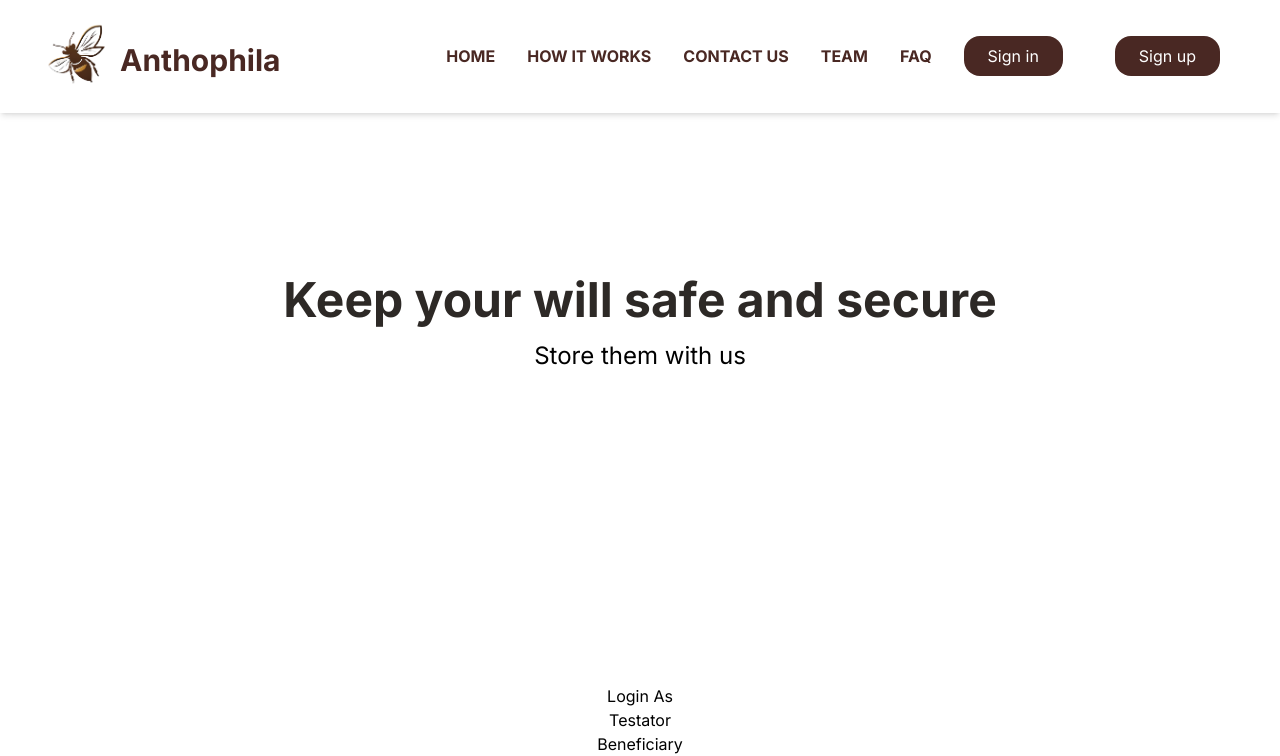
Repository: marcusdashe/anthophila
Page: /
The author's editor kept a copy of each file at every save. The page is drawn from the files as they stood at one save, then again after the next save.
The browser window is 1280 px wide. The pictures show the whole page.
The project was rebuilt for these pictures with package versions that can differ from the ones it lists, and the page was loaded fresh each time. The framework's server and built-in components were replaced by stand-ins that run in the browser. Also part of the build but not shown: next.config.js, styles/Home.module.css.

Above is the page before, as saved 2023-02-26 17:46:58.

### pages/_document.js
import { Html, Head, Main, NextScript } from 'next/document'

export default function Document() {
  return (
    <Html lang="en">
      <Head>
        <link rel="preconnect" href="https://fonts.googleapis.com" />
        <link rel="preconnect" href="https://fonts.gstatic.com" crossOrigin />
        <link href="https://fonts.googleapis.com/css2?family=Inter:wght@100;200;300;400;500;600&display=swap" rel="stylesheet" />
      </Head>
      <body>
        <Main />
        <NextScript />
      </body>
    </Html>
  )
}

### pages/index.js
import Head from 'next/head'
import Image from 'next/image'
import { Inter } from '@next/font/google'
import styles from '@/styles/Home.module.css'
import { Nav } from '@/components/Nav'
import Hero from '@/components/Hero'

const inter = Inter({ subsets: ['latin'] })

export default function Home() {
  return (
    <>
      <Head>
        <title>Anthophilia</title>
        <meta name="description" content="decentralized platform for storing will" />
        <meta name="viewport" content="width=device-width, initial-scale=1" />
        <link rel="icon" href="/favicon.ico" />
      </Head>
      <Nav />

      {/* <main className="w-full h-screen bg-cover bg-no-repeat bg-center bg-fixed" style={{backgroundImage: "url('/assets/bg-vintage.png')"}}> */}
      <main className="w-full h-screen">
      <Hero />

      </main>
    </>
  )
}

### styles/globals.css
@tailwind base;
@tailwind components;
@tailwind utilities;


@layer base {
    html {

      font-family: 'Inter', sans-serif;
    }
  }

### components/Nav.jsx
import React, { useState } from 'react'
import Button from './Button'
import MenuIcon from '@mui/icons-material/Menu';
import CloseIcon from '@mui/icons-material/Close';

export const Nav = () => {
  let Links = [
    { name: "HOME", link: "/"},
    { name: "HOW IT WORKS", link: "/hiw"},
    { name: "CONTACT US", link: "/contact"},
    { name: "TEAM", link: "/team"},
    { name: "FAQ", link: "/faq"},
  ]
  let [open, setOpen] = useState(false)

  return (
    <div className='shadow-md w-full fixed top-0 left-0'>
        <div className='md:flex items-center justify-between bg-white py-4 md:px-10 px-7'>
            <div className='font-bold text-2xl cursor-pointer flex items-center text-gray-80'>
            <img src="/assets/logo.png" alt="logo" className="object-scale-down h-50 w-20" />
                <span className='text-3xl text-[#492823] mr-1 pt-2'>
                    Anthophila
                </span>
            </div>
            <div onClick={()=> setOpen(!open)} className='text-3xl absolute right-8 top-6 cursor-pointer md:hidden '>
              {open ? <CloseIcon fontSize='large'/> : <MenuIcon fontSize='large'/>}

            </div>
            <ul className={`md:flex md:items-center md:pb-0 pb-12 absolute md:static bg-white md:z-auto z-[-1] left-0 w-full md:w-auto md:pl-0 pl-9 transition-all duration-500 ease-in ${open ? 'top-20 opacity-100' : 'top-[-490px]'} md:opacity-100 opacity-0`}>
              { Links.map((link, idx) => (
                <li key={link.name} className='md:ml-8 text-md font-bold md:my-0 my-7'>
                    <a href={link.link} key={idx} className="text-[#492823] hover:text-[#F5F1F3] duration-500">{link.name}</a>
                </li>
              ))}
              <Button>Sign in</Button>
              <Button>Sign up</Button>
            </ul>
        </div>
    </div>
  )
}

### components/Hero.jsx
import React from 'react'

const Hero = () => {
  return (
        <div className='h-screen flex justify-center items-center flex-col'>

            <header className="border-65 border-solid border-sky">
            <div className="max-w-7xl mx-auto px-4 sm:px-6 lg:px-8 flex flex-col items-center justify-center h-screen">
                <h1 className="text-5xl font-bold text-[#2D2926] text-center mb-4">Keep your will safe and secure</h1>
                <p className='text-center text-2xl'>Store them with us</p>
            </div>
            </header>
            <p>Login As</p>
            <button>Testator</button> <button>Beneficiary</button>
        </div>

  )
}

export default Hero

### components/Button.jsx
import React from 'react'

const Button = (props) => {
  return (
    <button className='bg-[#492823] w-150 mr-5 text-white py-2 px-6 rounded-2xl md:ml-8 hover:bg-[#F5F1F3] hover:text-[#492823] duration-500'>
        {props.children}
    </button>
  )
}

export default Button

### tailwind.config.js
/** @type {import('tailwindcss').Config} */

module.exports = {
  content: [
    "./app/**/*.{js,ts,jsx,tsx}",
    "./pages/**/*.{js,ts,jsx,tsx}",
    "./components/**/*.{js,ts,jsx,tsx}",
  ],
  theme: {
    extend: {},
  },
  plugins: [],
}

Loaded but not shown: pages/_app.js (common file); pages/api/hello.js (common file)

After the next save:
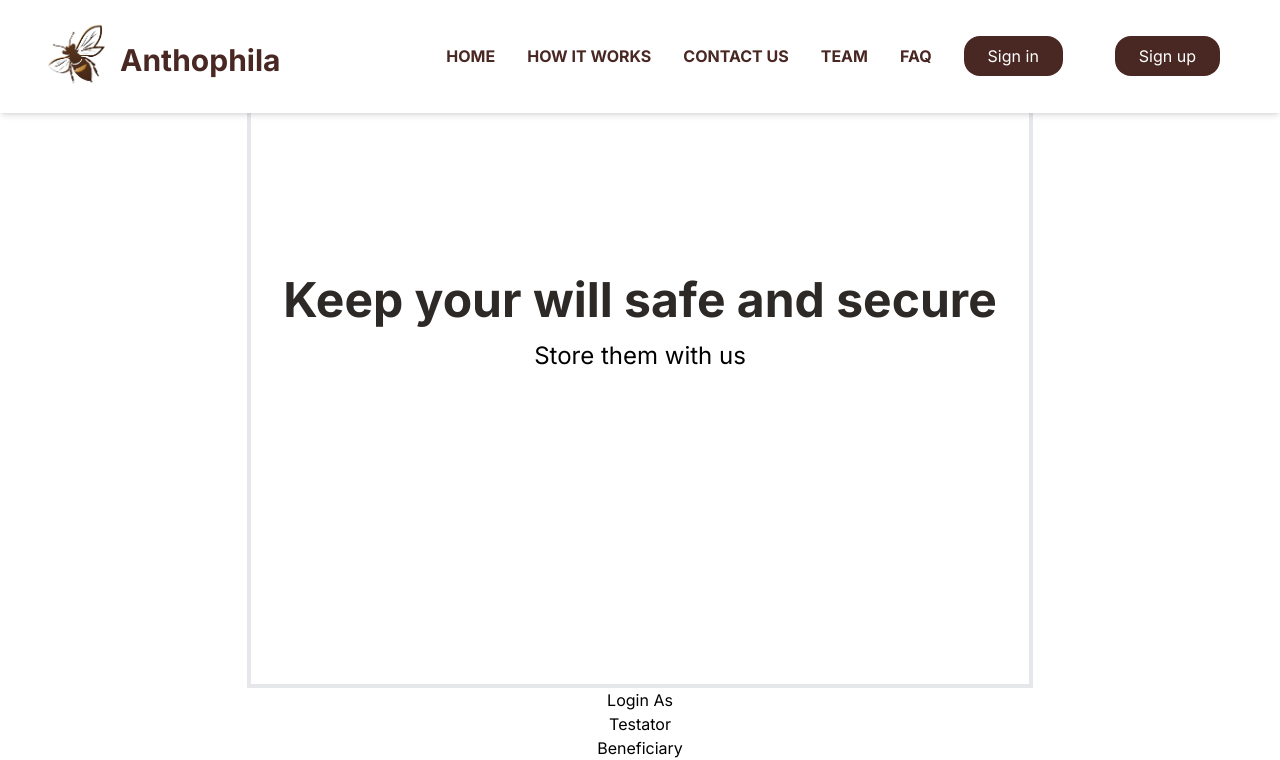
Saved 6 s later.
--- a/components/Hero.jsx
+++ b/components/Hero.jsx
@@ -4,7 +4,7 @@ const Hero = () => {
   return (
         <div className='h-screen flex justify-center items-center flex-col'>
 
-            <header className="border-65 border-solid border-sky">
+            <header className="border-4 border-solid border-sky">
             <div className="max-w-7xl mx-auto px-4 sm:px-6 lg:px-8 flex flex-col items-center justify-center h-screen">
                 <h1 className="text-5xl font-bold text-[#2D2926] text-center mb-4">Keep your will safe and secure</h1>
                 <p className='text-center text-2xl'>Store them with us</p>
